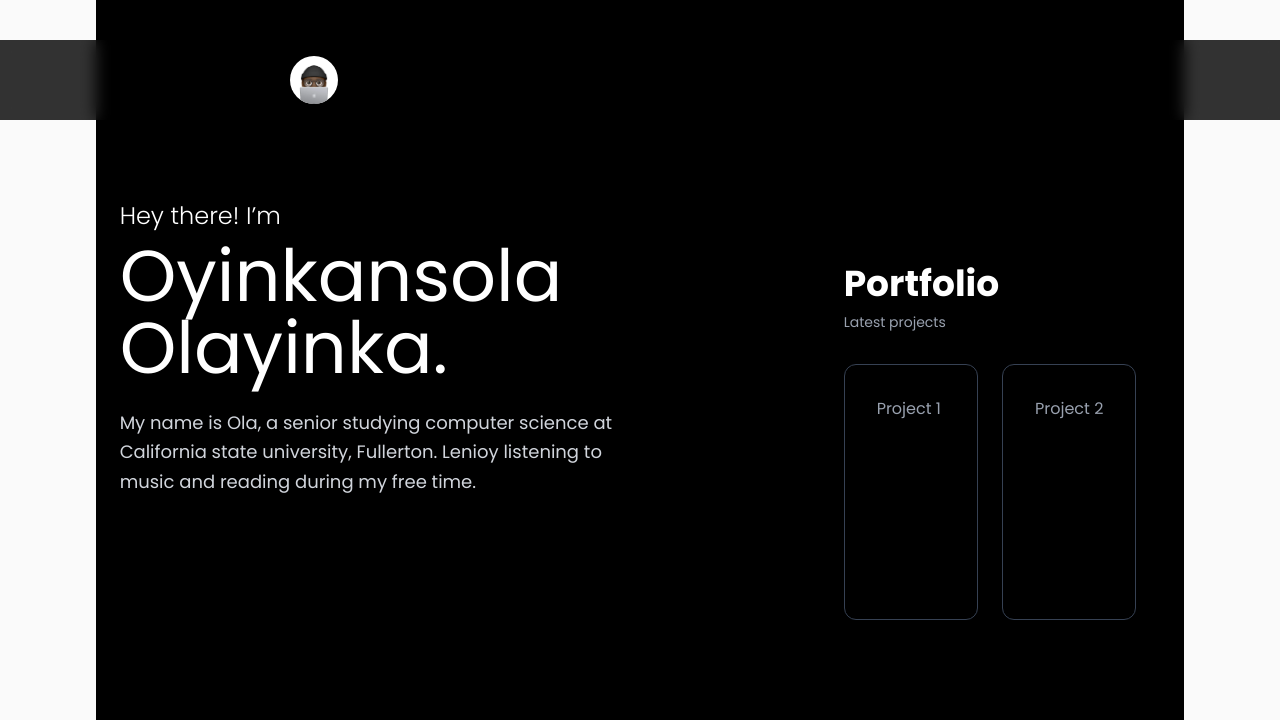
Repository: olasores/olasores-portfolio
Page: /
The author's editor kept a copy of each file at every save. The page is drawn from the files as they stood at one save, then again after the next save.
The browser window is 1280 px wide. The pictures show the whole page.
The project was rebuilt for these pictures with package versions that can differ from the ones it lists, and the page was loaded fresh each time. The framework's server and built-in components were replaced by stand-ins that run in the browser. Also part of the build but not shown: next.config.ts.

Above is the page before, as saved 2025-11-11 12:54:30.

### app/layout.tsx
import type { Metadata } from "next";
import { Poppins } from "next/font/google";
import "./globals.css";
import Navbar from "./components/Navbar";

const poppins = Poppins({
  variable: "--font-poppins",
  weight: ["300", "400", "500", "600", "700"],
  subsets: ["latin"],
});

export const metadata: Metadata = {
  title: "Create Next App",
  description: "Generated by create next app",
};

export default function RootLayout({
  children,
}: Readonly<{
  children: React.ReactNode;
}>) {
  return (
    <html lang="en">
      <body
        className={`${poppins.variable} antialiased`}
      >
        <Navbar />
        {children}
      </body>
    </html>
  );
}

### app/page.tsx
import HomeSection from "./components/HomeSection";

export default function Home() {
  return (

    <div className="flex min-h-screen items-center justify-center bg-zinc-50 font-sans dark:bg-black top-20">
      <HomeSection />

    </div>
  );
}

### app/globals.css
@import "tailwindcss";

* {
  font-family: 'Poppins', sans-serif;
}

:root {
  --background: #ffffff;
  --foreground: #171717;
}

@media (prefers-color-scheme: dark) {
  :root {
    --background: #0a0a0a;
    --foreground: #ededed;
  }
}

body {
  background: var(--background);
  color: var(--foreground);
}

### app/components/Navbar.tsx
export default function Navbar() {
    return (
        <nav className="fixed top-10 left-0 right-0 bg-black/80 backdrop-blur-sm px-6 py-4 z-50 flex justify-center">
            <div className="max-w-[700px] w-full flex items-center justify-between">
                {/* Logo */}
                <div className="relative w-12 h-12 rounded-full bg-white overflow-hidden flex items-center justify-center">
                    <img
                        src="/assets/olaimg2.webp"
                        alt="Oyinkansola Olayinka Logo"
                        className="w-full h-full object-cover"
                    />
                </div>

                {/* Links */}
                {/* <div className="flex gap-8 text-white">
                    <a href="#" className="hover:text-gray-400 transition">
                        Github ↗
                    </a>
                    <a href="#" className="hover:text-gray-400 transition">
                        linkedin ↗
                    </a>
                    <a href="#" className="hover:text-gray-400 transition">
                        Resume ↗
                    </a>
                </div> */}
            </div>
        </nav>
    );
}

### app/components/HomeSection.tsx
import Portfolio from "./Portfolio";
export default function HomeSection() {
    return (
        <div className="flex min-h-screen justify-center bg-black font-sans dark:bg-black px-6 py-5 pt-30 md:pt-50">
            <div className="max-w-[700px] w-full flex flex-col gap-12">
                {/* Text content */}
                <div className="flex flex-col gap-6 items-center md:items-start">
                    <div>
                        <h2 className="text-xl md:text-2xl font-light text-white mb-2">
                            Hey there! I&rsquo;m
                        </h2>
                        <h1 className="text-5xl md:text-7xl  text-white">
                            Oyinkansola Olayinka.
                        </h1>
                    </div>

                    <p className="text-base md:text-lg text-gray-300 leading-relaxed max-w-lg">
                        My name is Ola, a senior studying computer science at California state university, Fullerton. Lenioy listening to music and reading during my free time.
                    </p>

                    {/* Links */}
                    {/* <div className="flex gap-6 text-lg md:text-xl text-white">
                        <a href="#" className="hover:text-gray-400 transition">
                            Github ↗
                        </a>
                        <a href="#" className="hover:text-gray-400 transition">
                            linkedin ↗
                        </a>
                        <a href="#" className="hover:text-gray-400 transition">
                            Resume ↗
                        </a>
                    </div> */}
                </div>

            </div>
            <Portfolio />
        </div>
    );
}

### app/components/Portfolio.tsx
export default function Portfolio() {
    return (
        <div className="flex justify-center bg-black font-sans dark:bg-black px-6 py-16">
            <div className="max-w-[700px] w-full flex flex-col gap-8">
                {/* Section Title */}
                <div>
                    <h2 className="text-3xl md:text-4xl font-bold text-white mb-2">
                        Portfolio
                    </h2>
                    <p className="text-gray-400 text-sm">
                        Latest projects
                    </p>
                </div>

                {/* Projects Grid */}
                <div className="grid grid-cols-1 md:grid-cols-2 gap-6">
                    {/* Project Card 1 */}
                    <div className="border border-gray-700 rounded-xl p-8 min-h-64 hover:border-gray-500 transition">
                        <div className="text-gray-400">Project 1</div>
                    </div>

                    {/* Project Card 2 */}
                    <div className="border border-gray-700 rounded-xl p-8 min-h-64 hover:border-gray-500 transition">
                        <div className="text-gray-400">Project 2</div>
                    </div>
                </div>
            </div>
        </div>
    );
}

After the next save:
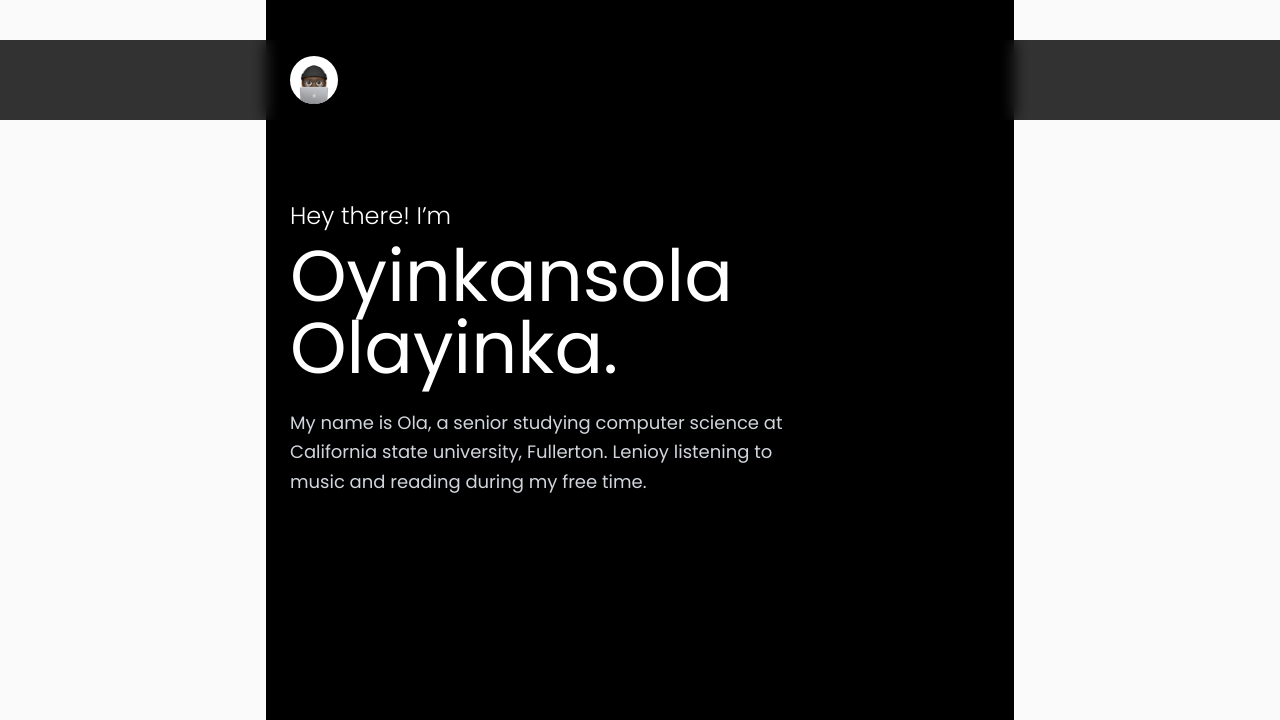
Saved 4 s later.
--- a/app/components/HomeSection.tsx
+++ b/app/components/HomeSection.tsx
@@ -33,7 +33,6 @@ export default function HomeSection() {
                 </div>
 
             </div>
-            <Portfolio />
         </div>
     );
 }
